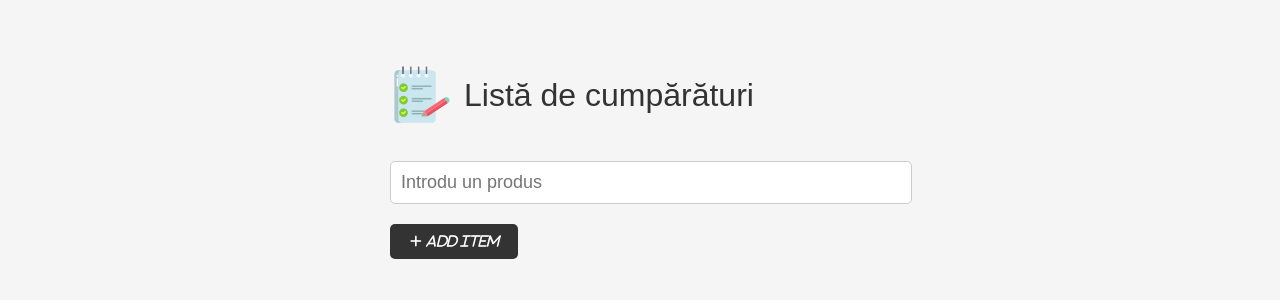
Repository: klaus0005/shopping-list
Page: index.html
The author's editor kept a copy of each file at every save. The page is drawn from the files as they stood at one save, then again after the next save.
The browser window is 1280 px wide. The pictures show the whole page.
Some web libraries are served in a nearby version.

Above is the page before, as saved 2024-06-26 23:59:59.

After the next save:
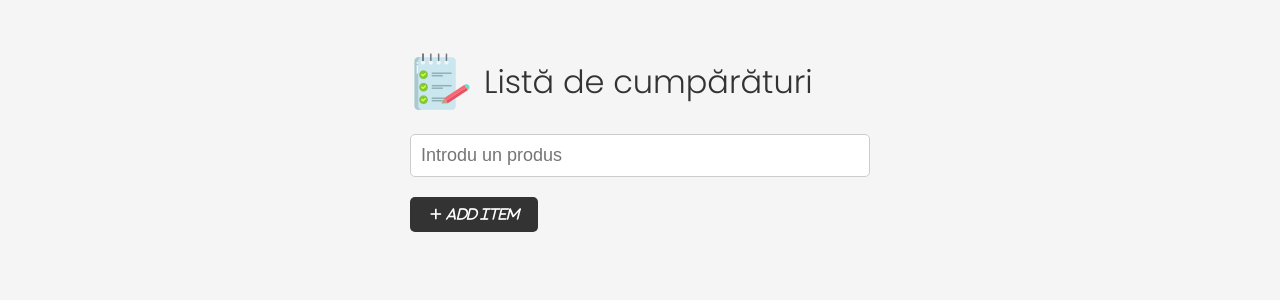
Saved 2 min 1 s later.
--- a/style.css
+++ b/style.css
@@ -1,4 +1,3 @@
-git add .
 @import url('https://fonts.googleapis.com/css2?family=Poppins:wght@300;400;700&display=swap');
 
 *,
